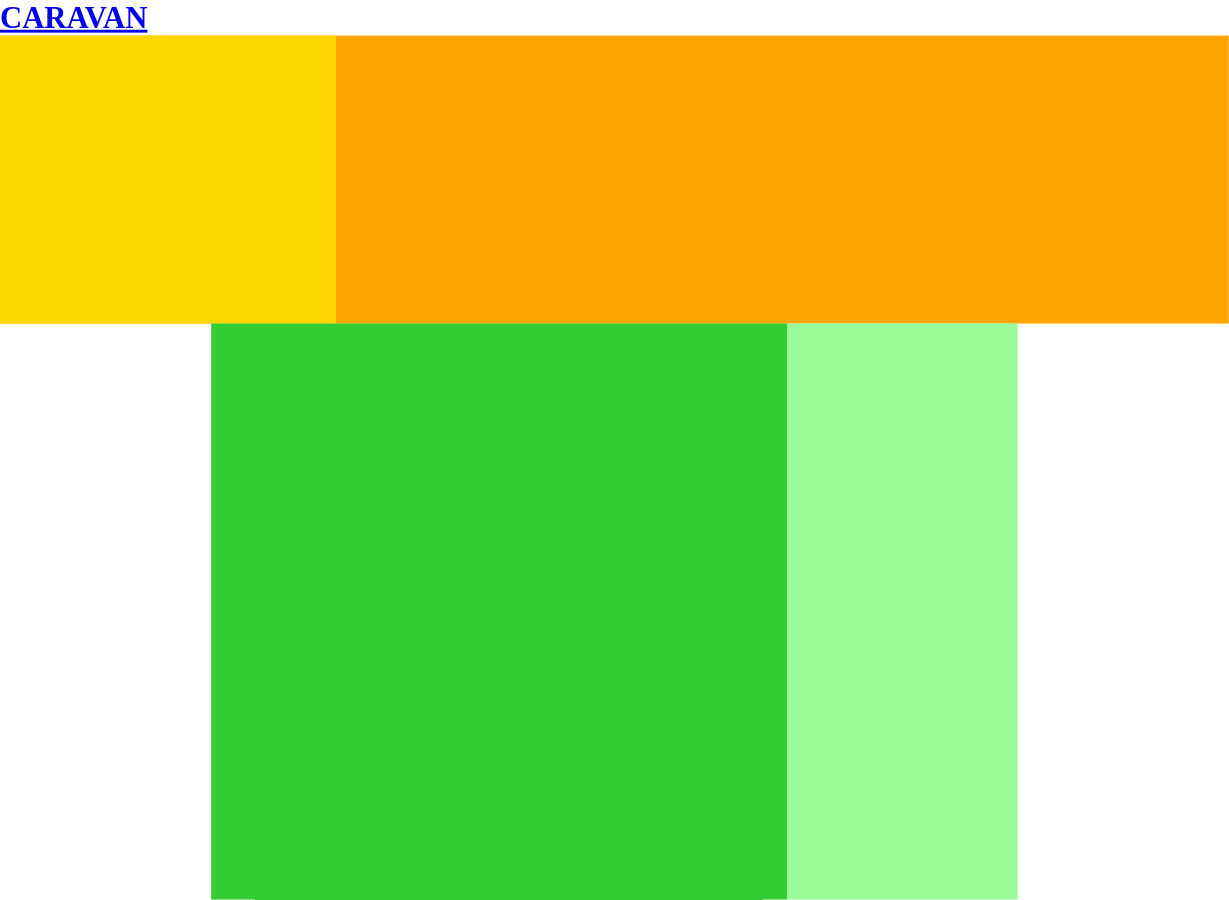
Repository: Hirotaka-DWC/dmm_webcamp_task_1
Page: caravan/index.html
The author's editor kept a record of every edit. The page is drawn from the files as they stood at one moment, then again after the next edit.
The browser window is 1280 px wide. The pictures show the whole page, at 96% of full size.

Above is the page before.

### caravan/index.html
<!DOCTYPE html>
<html lang="ja">
  <head>
    <meta charset="UTF-8" />
    <!-- CSSファイルの読み込み -->
    <link rel="stylesheet" href="style.css" />
    <title>CARAVAN</title>
  </head>

  <body>
    <!-- header -->
    <header>
      <h1 class="heading">
        <a href="index.html">
          CARAVAN
        </a>
      </h1>
    </header>
    <div class="main-visual">
      <div class="main-visual-content"></div>
    </div>
    <div class="main">
       <div class="blog"></div>
      <div class="sidebar"></div>
    </div>
    <footer></footer>
  </body>
</html>

### caravan/style.css
/* ブラウザがそれぞれ持っているCSSをリセットするための記述 */
* {
  margin: 0;
  padding: 0;
  box-sizing: border-box;
}

.header{
  width: 100%;
  height: 120px;
  background-color: red;
}

.header-top {
  width: 100%; /* 横幅いっぱい */
  height: 70px; /* 高さ100px */
  background-color: hotpink; /* 背景色hotpink */
}

.header-bottom {
  width: 100%; /* 横幅いっぱい */
  height: 50px; /* 高さ100px */
  background-color: pink; /* 背景色pink */
}

.main-visual {
  width: 100%; /* 横幅いっぱい */
  height: 300px; /* 高さ300px */
  background-color: orange; /* 背景色orange */
}

.main-visual-content {
  width: 350px; /* 横幅350px */
  height: 300px; /* 親の高さに揃える */
  background-color: gold; /* 背景色gold */
}

.main {
  width: 840px; /* 横幅840px */
  margin:0 auto;
  display: flex; /* Flexboxの利用 */
  justify-content: center; /* 子要素の横並び・中央寄せ */
}

.blog {
  width: 600px; /* 横幅600px */
  height: 600px; /* 高さ600px */
  background-color: limegreen; /* 背景色limegreen */
}

.sidebar {
  width: 240px; /* 横幅240px */
  height: 600px; /* 高さ600px */
  background-color: palegreen; /* 背景色palegreen */
}

.footer {
  width: 100%; /* 横幅いっぱい */
  height: 120px; /* 高さ120px */
  background-color: blue; /* 背景色blue */
}

After the next edit:
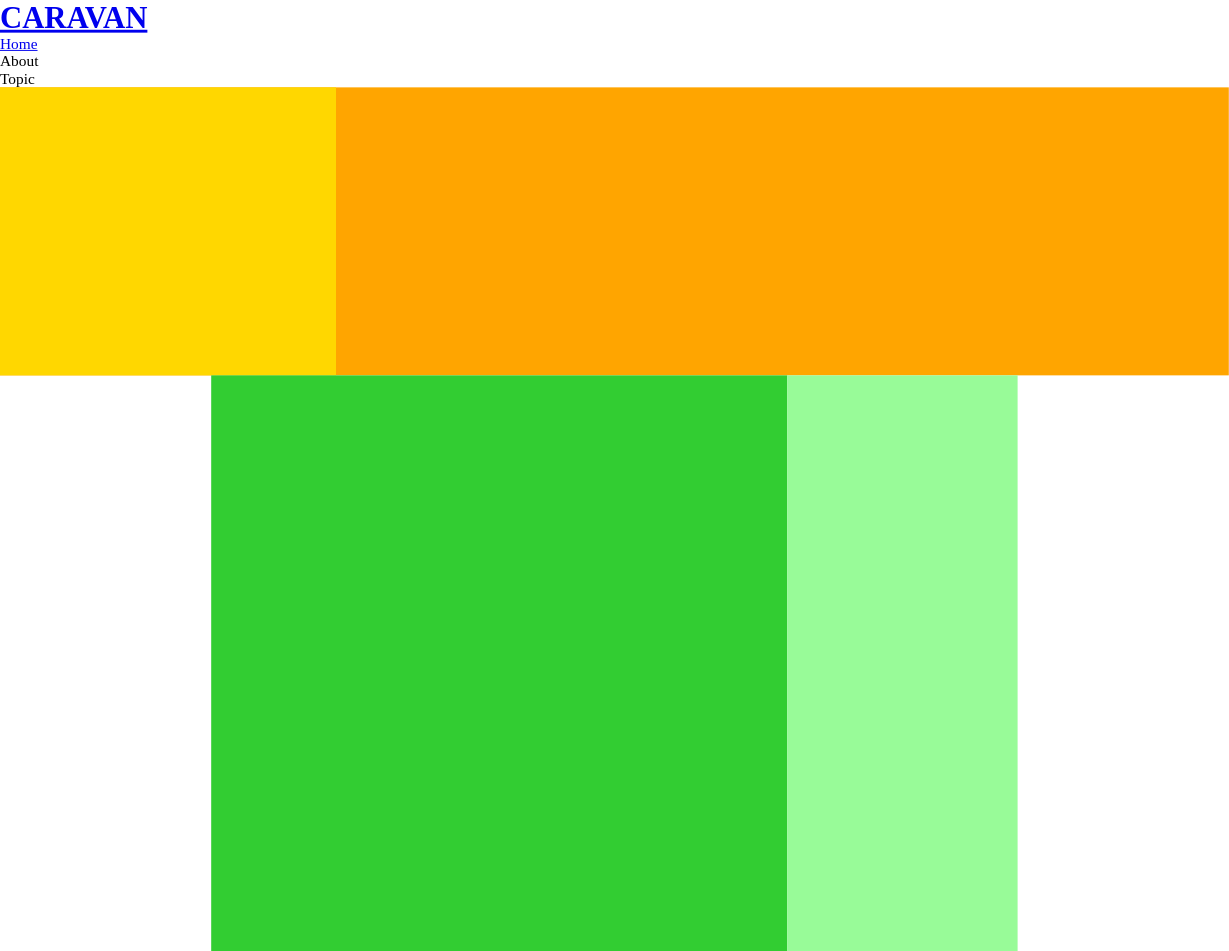
The edit:
--- a/caravan/index.html
+++ b/caravan/index.html
@@ -16,6 +16,16 @@
         </a>
       </h1>
     </header>
+        <!-- navigation -->
+    <nav>
+      <ul class="nav-list">
+        <li class="nav-list-item">
+          <a href="index.html">Home</a>
+        </li>
+        <li class="nav-list-item">About</li>
+        <li class="nav-list-item">Topic</li>
+      </ul>
+    </nav>
     <div class="main-visual">
       <div class="main-visual-content"></div>
     </div>
